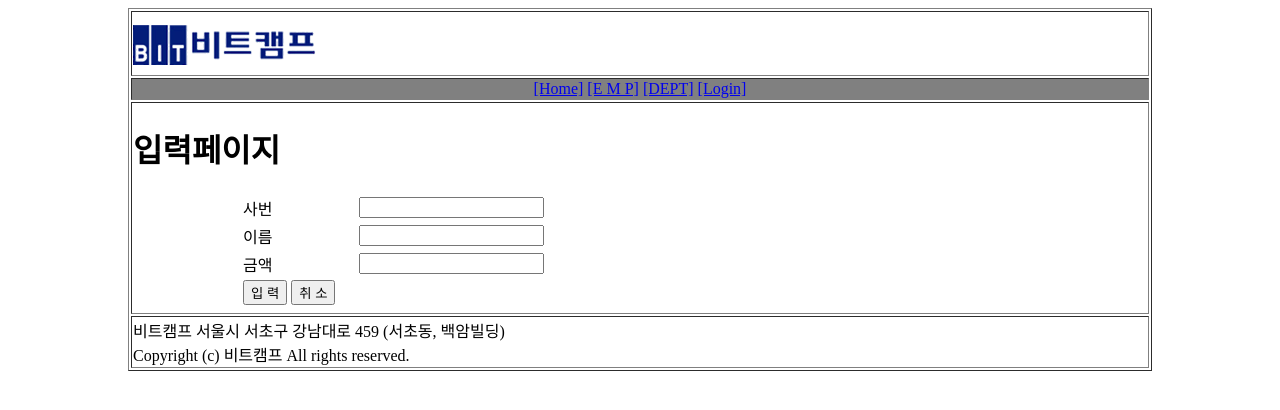
Repository: Lee-seongBeom/bitclass
Page: http://localhost/web06/add.jsp
The author's editor kept a copy of each file at every save. The page is drawn from the files as they stood at one save, then again after the next save.
The browser window is 1280 px wide. The pictures show the whole page.
The page is served by Tomcat 9.

Above is the page before, as saved 2020-07-06 05:28:19.

### web/web06/WebContent/add.jsp
<%@ page language="java" contentType="text/html; charset=EUC-KR"
    pageEncoding="EUC-KR"%>
<!DOCTYPE html PUBLIC "-//W3C//DTD HTML 4.01 Transitional//EN" "http://www.w3.org/TR/html4/loose.dtd">
<html>
<head>
<meta http-equiv="Content-Type" content="text/html; charset=EUC-KR">
<title>Insert title here</title>
</head>
<body>
	<table border="1" width="1024" align="center">
		<tr>
			<td>
				<img src="img/logo.png">
			</td>
		</tr>
		<tr>
			<td bgcolor="gray" align="center">
				<a href="./">[Home]</a>
				<a href="/web06/list.jsp">[E M P]</a>
				<a href="#">[DEPT]</a>
				<a href="#">[Login]</a>
			</td>
		</tr>
		<tr>
			<td>
			<!--content start  -->
				<h1>입력페이지</h1>
				<form method="post">
					<table width="800" align="center">
						<tr>
							<td>사번</td>
							<td><input type="text" name="sabun"></td>
						</tr>
						<tr>
							<td>이름</td>
							<td><input type="text" name="name"></td>
						</tr>
						<tr>
							<td>금액</td>
							<td><input type="text" name="pay"></td>
						</tr>
						<tr>
							<td colspan="2">
								<input type="submit" value="입 력">
								<input type="submit" value="취 소">
							</td>
						</tr>
						<tr>
							<td></td>
							<td></td>
						</tr>
					</table>
				</form>
			<!--content end -->
			</td>
		</tr>
		<tr>
			<td>비트캠프 서울시 서초구 강남대로 459 (서초동, 백암빌딩)<br>
				Copyright (c) 비트캠프 All rights reserved.
			</td>
		</tr>
	</table>
</body>
</html>

After the next save:
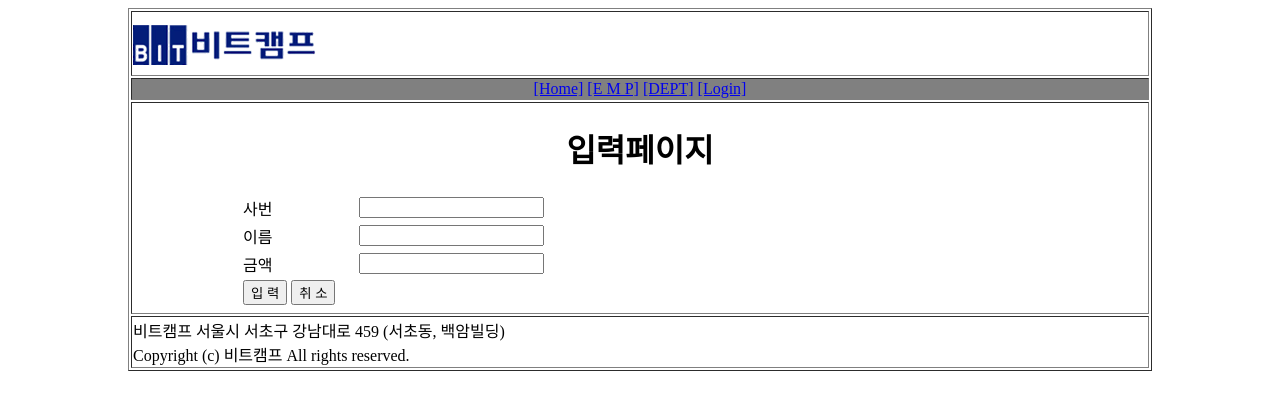
Saved 14 s later.
--- a/web/web06/WebContent/add.jsp
+++ b/web/web06/WebContent/add.jsp
@@ -24,7 +24,7 @@
 		<tr>
 			<td>
 			<!--content start  -->
-				<h1>입력페이지</h1>
+				<h1 align="center">입력페이지</h1>
 				<form method="post">
 					<table width="800" align="center">
 						<tr>
